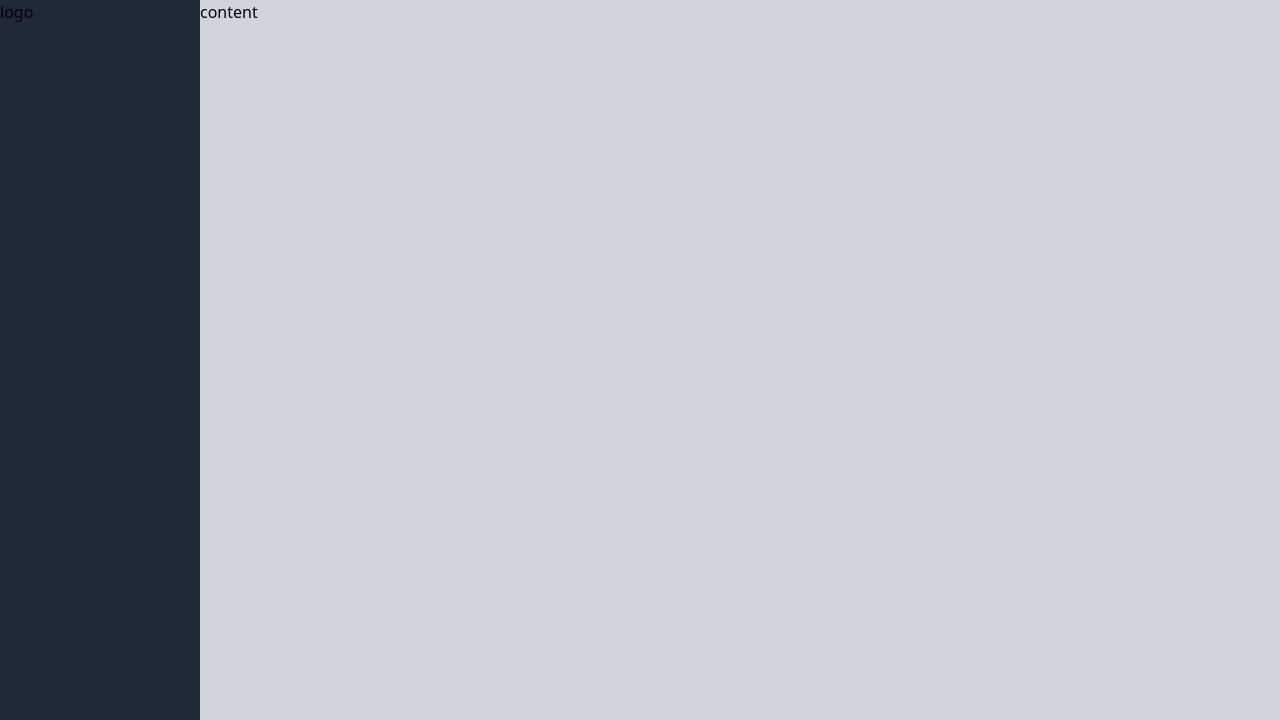
Repository: liangyingbo/vite-vue-TS
Page: /#/admin/home
An editor plug-in stored every save of this project. The page is shown before and after the next save, followed by the edit.
The browser window is 1280 px wide. The pictures show the whole page.
The project was rebuilt for these pictures with package versions that can differ from the ones it lists, and the page was loaded fresh each time. Also part of the build but not shown: vite.config.ts, src/components/form/HdButton.vue, src/components/form/HdInput.vue, src/components/form/hdLink.vue, src/styles/global.scss.

Above is the page before, as saved 2022-11-18 19:24:54.

After the next save:
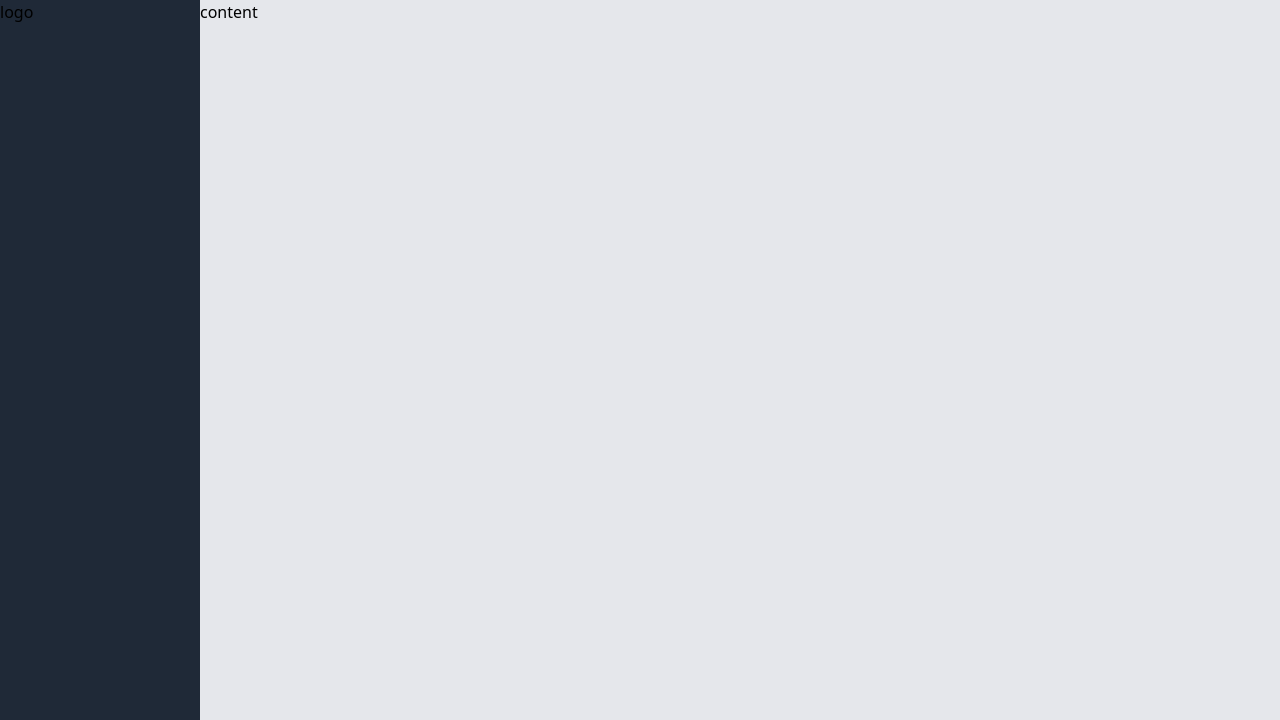
Saved 13 s later.
--- a/src/views/admin/home.vue
+++ b/src/views/admin/home.vue
@@ -3,7 +3,7 @@
         <div class="w-[200px] bg-gray-800">
              <div class="">logo</div>
         </div>
-        <div class="bg-gray-300 flex-1">
+        <div class="bg-gray-200 flex-1">
             content
         </div>
     </div>
